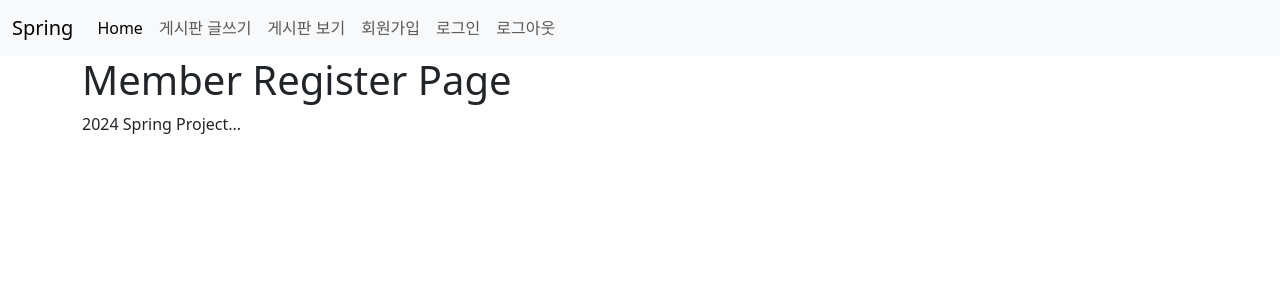
Repository: wanted2001/jsp_project
Page: http://localhost/spring_study/WEB-INF/views/member/login.jsp
These files come from the project's save history. The page is drawn as it stood at one moment and after the next save; the edit follows.
The browser window is 1280 px wide. The pictures show the whole page.
The page is served by Tomcat 9. Nobody is signed in. Other server files are loaded and not shown. The template is opened directly, without the code that normally fills it, so the values that code supplies are empty.

Above is the page before, as saved 2024-04-25 07:43:34.

### spring_study/src/main/webapp/WEB-INF/views/member/login.jsp
<%@ page language="java" contentType="text/html; charset=UTF-8"
	pageEncoding="UTF-8"%>
<jsp:include page="../layout/header.jsp" />
<div class="container-md">
	<h1>Member Register Page</h1>
</div>
<jsp:include page="../layout/footer.jsp" />

### spring_study/src/main/webapp/WEB-INF/views/layout/header.jsp
<%@ page language="java" contentType="text/html; charset=UTF-8"
    pageEncoding="UTF-8"%>
<!DOCTYPE html>
<html>
<head>
<meta charset="UTF-8">
<title>header.jsp</title>
<link href="https://cdn.jsdelivr.net/npm/bootstrap@5.3.3/dist/css/bootstrap.min.css" rel="stylesheet" integrity="sha384-QWTKZyjpPEjISv5WaRU9OFeRpok6YctnYmDr5pNlyT2bRjXh0JMhjY6hW+ALEwIH" crossorigin="anonymous">
<script src="https://cdn.jsdelivr.net/npm/bootstrap@5.3.3/dist/js/bootstrap.bundle.min.js" integrity="sha384-YvpcrYf0tY3lHB60NNkmXc5s9fDVZLESaAA55NDzOxhy9GkcIdslK1eN7N6jIeHz" crossorigin="anonymous"></script>
</head>
<body>
<nav class="navbar navbar-expand-lg bg-body-tertiary">
  <div class="container-fluid">
    <a class="navbar-brand" href="#">Spring</a>
    <button class="navbar-toggler" type="button" data-bs-toggle="collapse" data-bs-target="#navbarSupportedContent" aria-controls="navbarSupportedContent" aria-expanded="false" aria-label="Toggle navigation">
      <span class="navbar-toggler-icon"></span>
    </button>
    <div class="collapse navbar-collapse" id="navbarSupportedContent">
      <ul class="navbar-nav me-auto mb-2 mb-lg-0">
        <li class="nav-item">
          <a class="nav-link active" aria-current="page" href="/">Home</a>
        </li>
        <li class="nav-item">
          <a class="nav-link" href="/board/register">게시판 글쓰기</a>
        </li>
        <li class="nav-item">
          <a class="nav-link" href="/board/list">게시판 보기</a>
        </li>
        <li class="nav-item">
          <a class="nav-link" href="/member/register">회원가입</a>
        </li>
        <li class="nav-item">
          <a class="nav-link" href="#">로그인</a>
        </li>
        <li class="nav-item">
          <a class="nav-link" href="#">로그아웃</a>
        </li>
  	  </ul>
    </div>
  </div>
</nav>

### spring_study/src/main/webapp/WEB-INF/views/layout/footer.jsp
<%@ page language="java" contentType="text/html; charset=UTF-8"
    pageEncoding="UTF-8"%>
<div class="container-md">
	2024 Spring Project...
</div>

</body>
</html>

After the next save:
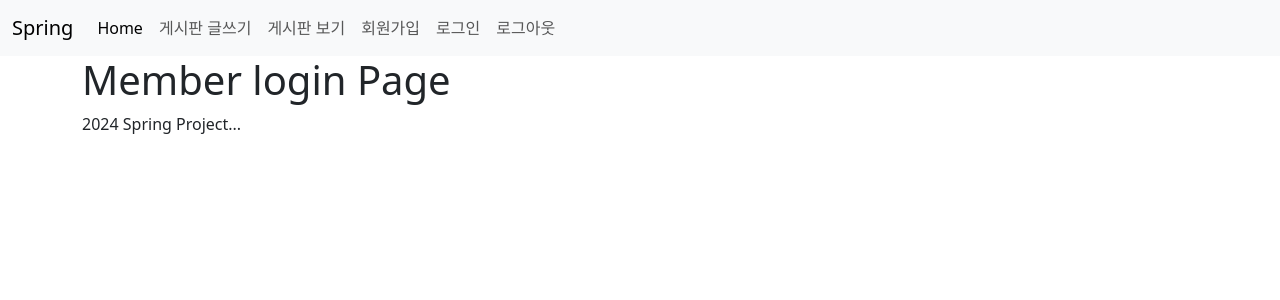
Saved 5 s later.
--- a/spring_study/src/main/webapp/WEB-INF/views/member/login.jsp
+++ b/spring_study/src/main/webapp/WEB-INF/views/member/login.jsp
@@ -2,6 +2,6 @@
 	pageEncoding="UTF-8"%>
 <jsp:include page="../layout/header.jsp" />
 <div class="container-md">
-	<h1>Member Register Page</h1>
+	<h1>Member login Page</h1>
 </div>
 <jsp:include page="../layout/footer.jsp" />
